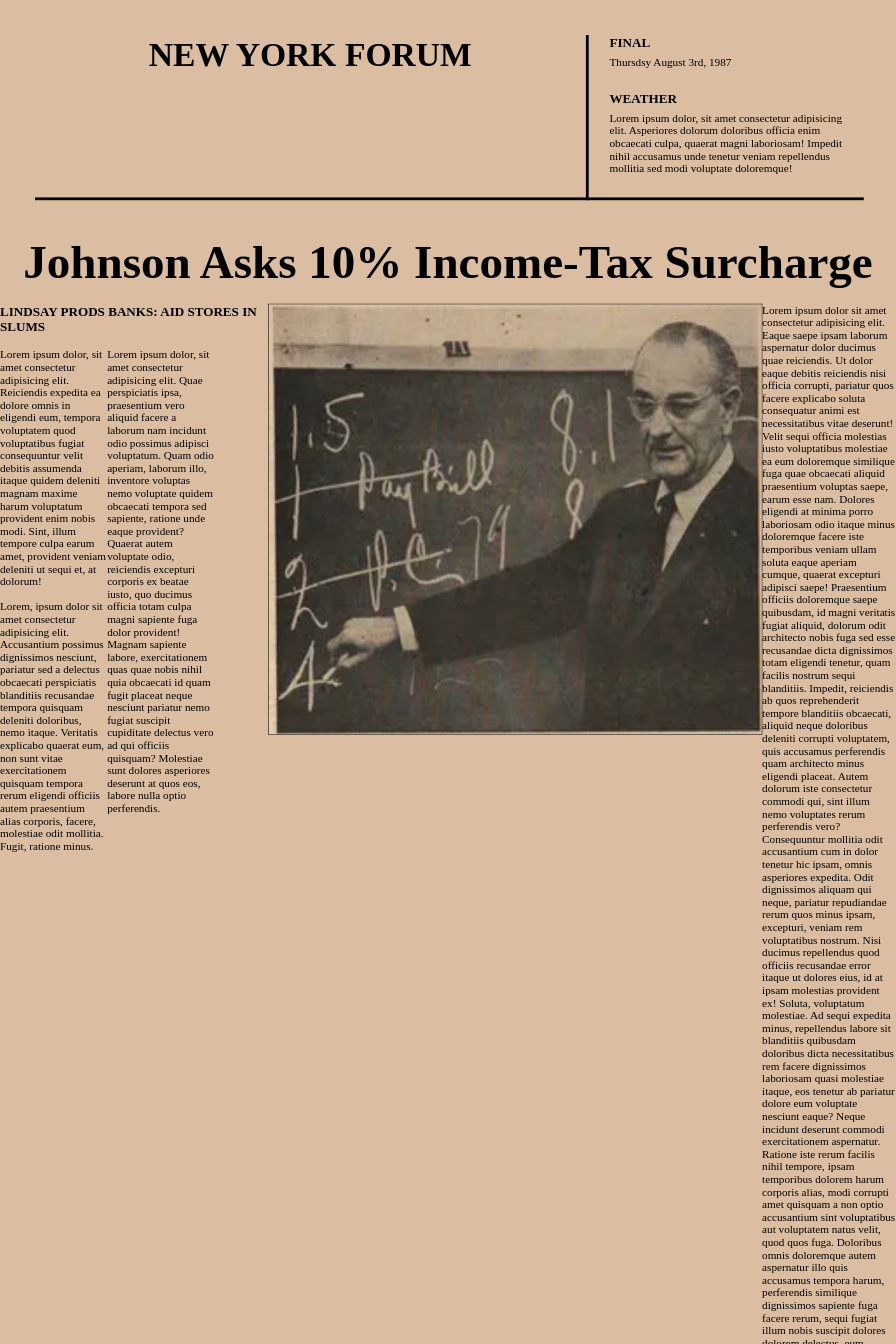
Repository: Arkitecth/newspaper-grid
Page: index.html
The author's editor kept a copy of each file at every save. The page is drawn from the files as they stood at one save, then again after the next save.
The browser window is 1280 px wide. The pictures show the part of the page from y = 0 to 1920 px (the page is 3062 px tall), at 70% of full size.

Above is the page before, as saved 2023-05-29 17:36:45.

### index.html
<!DOCTYPE html>
<html lang="en">
<head>
    <meta charset="UTF-8">
    <meta http-equiv="X-UA-Compatible" content="IE=edge">
    <meta name="viewport" content="width=device-width, initial-scale=1.0">
    <link rel="stylesheet" href="styles.css">
    <title>News Paper</title>
</head>
<body>
    <header id="header">
        <div>
            <h1>New York Forum</h1>
        </div>
        <div class="aside">
            <h3>Final</h3>
            <p>Thursdsy August 3rd, 1987</p>

            <h3>Weather</h3>
            <p>Lorem ipsum dolor, sit amet consectetur adipisicing elit. Asperiores dolorum doloribus officia enim obcaecati culpa, quaerat magni laboriosam! Impedit nihil accusamus unde tenetur veniam repellendus mollitia sed modi voluptate doloremque!</p>
        </div>
        <div class="divider"></div>
        <div class="divider"></div>
    </header>
    <main>
        <h2>Johnson Asks 10% Income-Tax Surcharge</h2>
        <div class="grid-container">
            <div class="left-content">
                <h3>Lindsay Prods Banks: Aid Stores in Slums</h3>
                <div class="grid-container">
                    <div class="left">
                        <p>Lorem ipsum dolor, sit amet consectetur adipisicing elit. Reiciendis expedita ea dolore omnis in eligendi eum, tempora voluptatem quod voluptatibus fugiat consequuntur velit debitis assumenda itaque quidem deleniti magnam maxime harum voluptatum provident enim nobis modi. Sint, illum tempore culpa earum amet, provident veniam deleniti ut sequi et, at dolorum!</p>
                        <br>
                        <p>Lorem, ipsum dolor sit amet consectetur adipisicing elit. Accusantium possimus dignissimos nesciunt, pariatur sed a delectus obcaecati perspiciatis blanditiis recusandae tempora quisquam deleniti doloribus, nemo itaque. Veritatis explicabo quaerat eum, non sunt vitae exercitationem quisquam tempora rerum eligendi officiis autem praesentium alias corporis, facere, molestiae odit mollitia. Fugit, ratione minus.</p>
                    </div>
                    <div class="right">
                        <p>Lorem ipsum dolor, sit amet consectetur adipisicing elit. Quae perspiciatis ipsa, praesentium vero aliquid facere a laborum nam incidunt odio possimus adipisci voluptatum. Quam odio aperiam, laborum illo, inventore voluptas nemo voluptate quidem obcaecati tempora sed sapiente, ratione unde eaque provident? Quaerat autem voluptate odio, reiciendis excepturi corporis ex beatae iusto, quo ducimus officia totam culpa magni sapiente fuga dolor provident! Magnam sapiente labore, exercitationem quas quae nobis nihil quia obcaecati id quam fugit placeat neque nesciunt pariatur nemo fugiat suscipit cupiditate delectus vero ad qui officiis quisquam? Molestiae sunt dolores asperiores deserunt at quos eos, labore nulla optio perferendis.</p>
                    </div>
                </div>
            </div>

            <div class="middle-content">
                <img src="assets/teacher.png" alt="teacher teaching stuff">
            </div>

            <div class="right-content">
                <p>Lorem ipsum dolor sit amet consectetur adipisicing elit. Eaque saepe ipsam laborum aspernatur dolor ducimus quae reiciendis. Ut dolor eaque debitis reiciendis nisi officia corrupti, pariatur quos facere explicabo soluta consequatur animi est necessitatibus vitae deserunt! Velit sequi officia molestias iusto voluptatibus molestiae ea eum doloremque similique fuga quae obcaecati aliquid praesentium voluptas saepe, earum esse nam. Dolores eligendi at minima porro laboriosam odio itaque minus doloremque facere iste temporibus veniam ullam soluta eaque aperiam cumque, quaerat excepturi adipisci saepe! Praesentium officiis doloremque saepe quibusdam, id magni veritatis fugiat aliquid, dolorum odit architecto nobis fuga sed esse recusandae dicta dignissimos totam eligendi tenetur, quam facilis nostrum sequi blanditiis. Impedit, reiciendis ab quos reprehenderit tempore blanditiis obcaecati, aliquid neque doloribus deleniti corrupti voluptatem, quis accusamus perferendis quam architecto minus eligendi placeat. Autem dolorum iste consectetur commodi qui,
                sint illum nemo voluptates rerum perferendis vero? Consequuntur mollitia odit accusantium cum in dolor tenetur hic ipsam, omnis asperiores expedita. Odit dignissimos aliquam qui neque, pariatur repudiandae rerum quos minus ipsam, excepturi, veniam rem voluptatibus nostrum. Nisi ducimus repellendus quod officiis recusandae error itaque ut dolores eius, id at ipsam molestias provident ex! Soluta, voluptatum molestiae. Ad sequi expedita minus, repellendus labore sit blanditiis quibusdam doloribus dicta necessitatibus rem facere dignissimos laboriosam quasi molestiae itaque, eos tenetur ab pariatur dolore eum voluptate nesciunt eaque? Neque incidunt deserunt commodi exercitationem aspernatur. Ratione iste rerum facilis nihil tempore, ipsam temporibus dolorem harum corporis alias, modi corrupti amet quisquam a non optio accusantium sint voluptatibus aut voluptatem natus velit, quod quos fuga. Doloribus omnis doloremque autem aspernatur illo quis accusamus tempora harum, perferendis similique dignissimos sapiente fuga facere rerum, sequi fugiat illum nobis suscipit dolores dolorem delectus, eum magnam! Dolores sequi ducimus, laborum libero maiores corrupti porro! Odio laborum mollitia dignissimos vel rem voluptates tempore dolore eius, reiciendis non similique eligendi consequatur facilis vero laboriosam fuga eos debitis architecto. Doloribus maiores, dolores maxime eum ipsam harum ipsum animi dolorem alias nulla quibusdam eaque odio id? Omnis corrupti atque ipsam minus, commodi reprehenderit nulla autem, itaque dignissimos tempora ut incidunt, officia dolorum harum aliquid enim! Quod mollitia suscipit ut impedit maiores delectus ipsum non iure, fuga reprehenderit itaque facilis similique voluptate dolores sint. Adipisci, obcaecati est commodi ullam officiis in? Eligendi, iste ut? Quam vel minima commodi, mollitia eum provident ex laboriosam itaque quae recusandae atque sit distinctio veritatis exercitationem alias doloremque debitis inventore accusantium perspiciatis ut cumque quis, nesciunt ducimus dolorum? Voluptate fugit excepturi soluta sed sunt perspiciatis. Harum nihil dolores magnam cumque quod sunt dicta hic consectetur perspiciatis, iste dolor iure quam modi facilis adipisci esse sapiente enim officiis, eius facere fuga ullam? Error, molestiae doloremque! Illum rerum nemo rem odio repudiandae, earum dolorum temporibus obcaecati accusamus pariatur dignissimos. Saepe officiis sed beatae aut obcaecati molestiae tenetur nostrum eum ad ipsam fuga dolores dolor veritatis culpa dolorum deserunt ipsa, fugit sit atque quibusdam. Ad porro maiores quis provident, ratione sint. Necessitatibus neque ullam sapiente aspernatur dolores ipsum at nulla. Et, qui consequatur! Ea unde accusamus doloremque!</p>
            </div>
        </div>
    </main>

</body>
</html>

### styles.css
* {
    padding: 0;
    margin: 0;
}

body {
    background-color: #dbbea1;
    max-width: 1500px;
}

h1,h3 {
    text-transform: uppercase;
}
#header {
    padding: 3.125rem;
    display: grid;
    grid-template-columns: 2fr 1fr;
}


#header h1 {
    text-align: center;
    font-size: 3rem;
}

h2 {
    text-align: center;
    width: 100%;
    font-size: 4.2rem;
}

.aside {
    border-left: 4px solid black;
    padding-left: 30px;
}

.aside p {
    padding-top: 0.5rem;
    margin-bottom: 2rem;
}

.divider {
    border: 2px solid black;
    width: 100%;
}

.grid-container{
    display: grid;
    grid-template-columns: 2fr 2fr 1fr;
    padding-top: 20px;
}

img{
    border: 1px solid black;
    gap: 5px ;
}

After the next save:
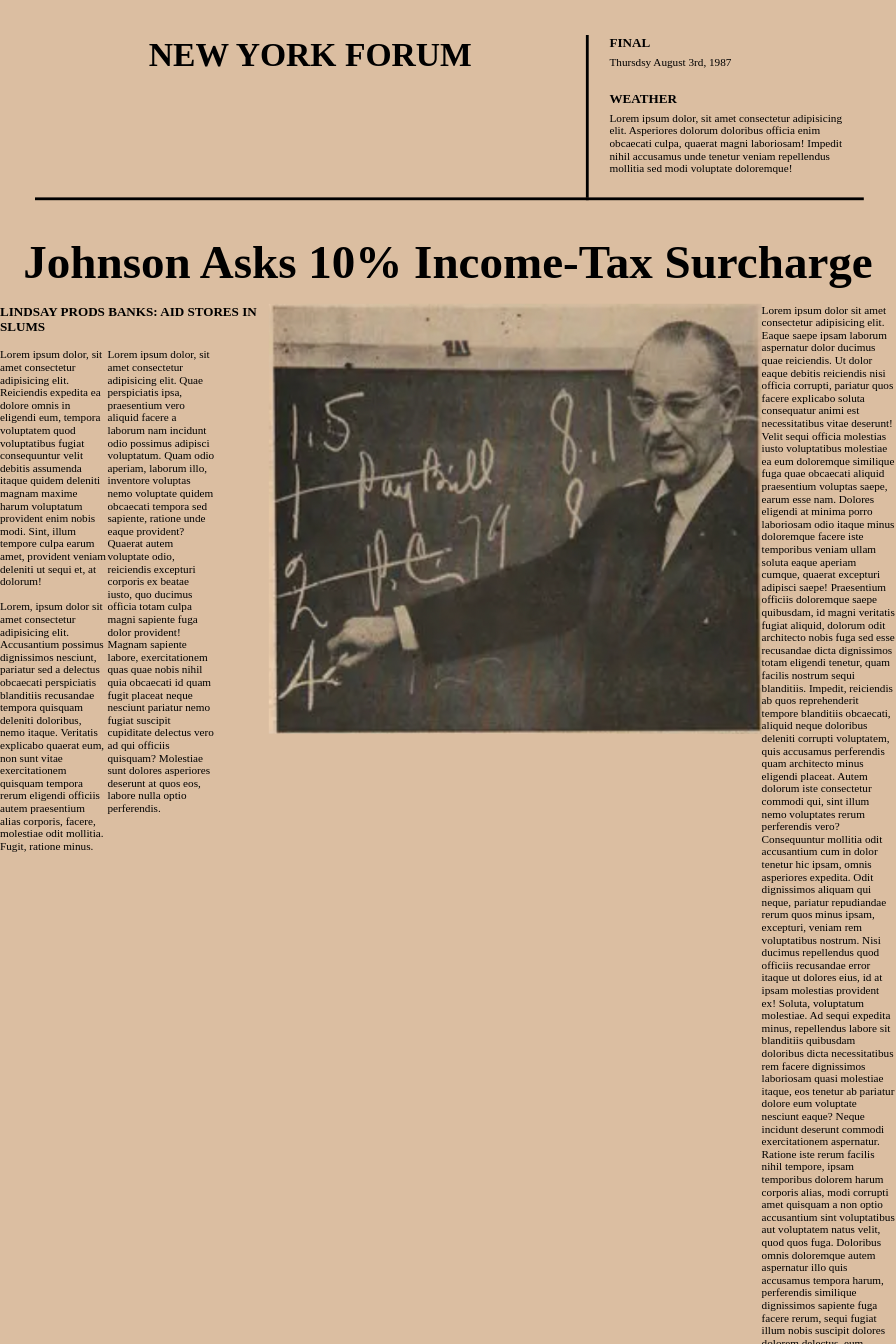
Saved 81 s later.
--- a/styles.css
+++ b/styles.css
@@ -50,7 +50,6 @@
     padding-top: 20px;
 }
 
-img{
-    border: 1px solid black;
-    gap: 5px ;
+.left-content h3 {
+
 }
